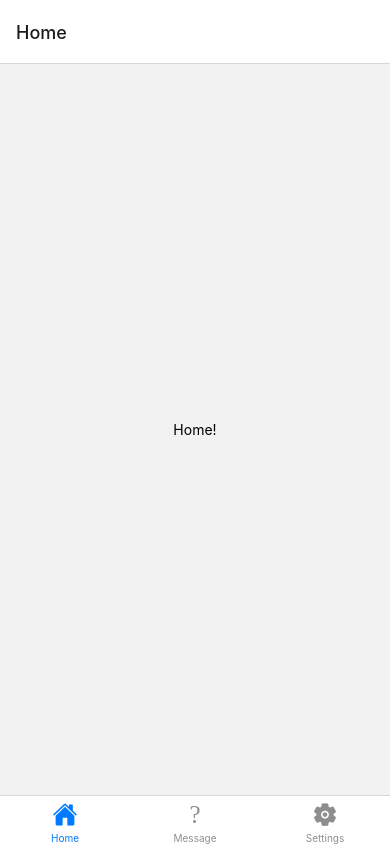
Repository: Waikato153/AwesomeProject
Screen: /
An editor plug-in stored every save of this project. The screen is shown before and after the next save, followed by the edit.
The app was drawn by React Native's web renderer in a window 390 px wide. The project was rebuilt for these pictures with package versions that can differ from the ones it lists, and the page was loaded fresh each time.

Above is the screen before, as saved 2024-02-27 23:44:08.

After the next save:
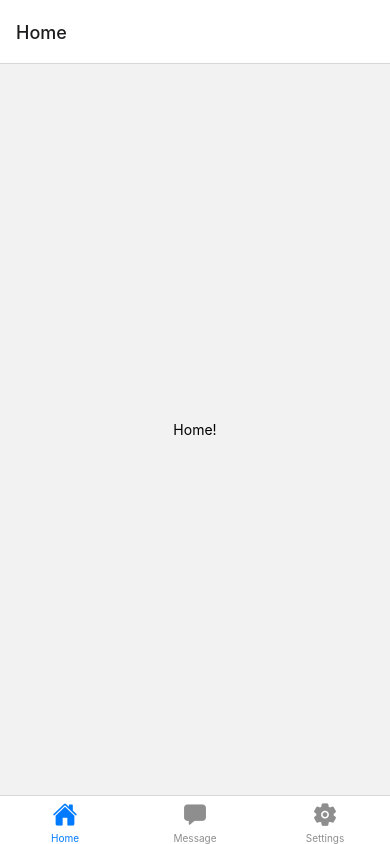
Saved 3 min 41 s later.
--- a/App.js
+++ b/App.js
@@ -40,7 +40,7 @@ function MyTabs() {
         component={SettingsScreen}
         options={{
           tabBarIcon: ({ color, size }) => (
-            <Ionicons name="chat" color={color} size={size} />
+            <Ionicons name="chatbox" color={color} size={size} />
           ),
         }}
       />
